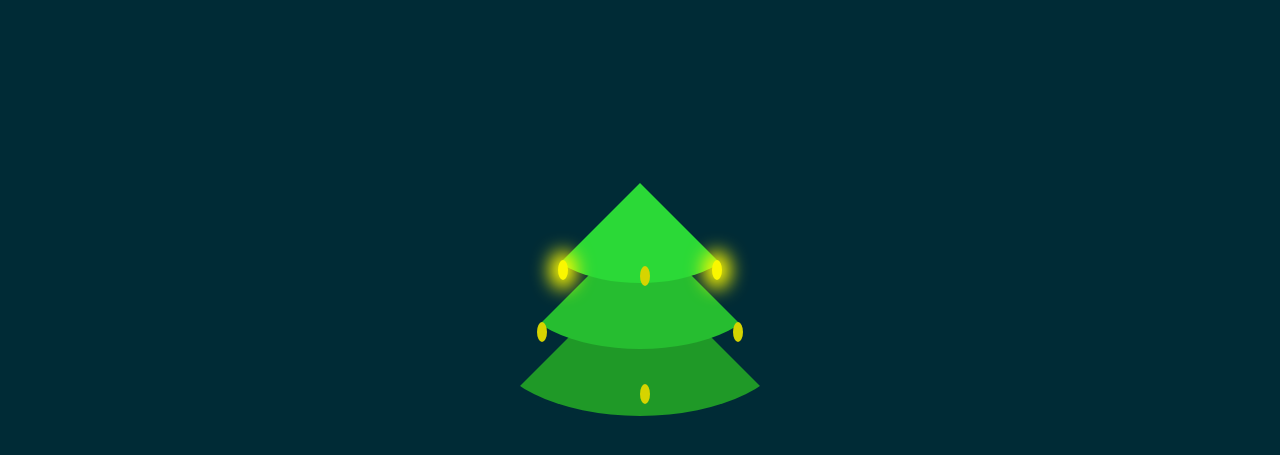
Repository: supakorn5039-boon/Christmas
Page: index.html
These files come from the project's save history. The page is drawn as it stood at one moment and after the next save; the edit follows.
The browser window is 1280 px wide. The pictures show the whole page.

Above is the page before, as saved 2023-12-25 08:48:42.

After the next save:
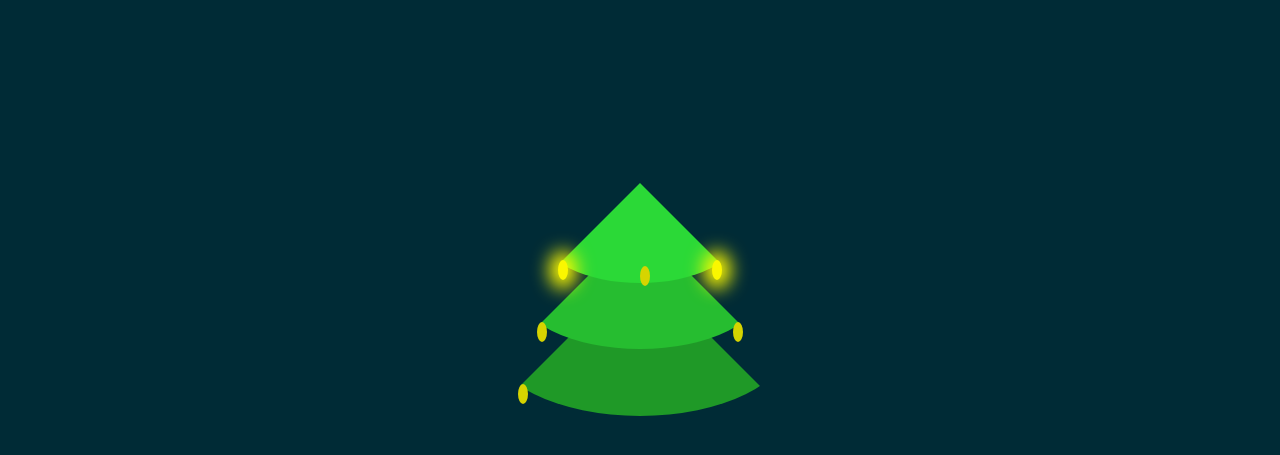
Saved 4 s later.
--- a/styles.css
+++ b/styles.css
@@ -123,13 +123,12 @@ body {
   top: 98px;
   left: -103px;
 }
-.t2::after{
-    top: 98px;
-    right: -103px;
+.t2::after {
+  top: 98px;
+  right: -103px;
 }
 
-.t3::before{
-    top: 118px;
-
-
+.t3::before {
+  top: 118px;
+  left: -122px;
 }
